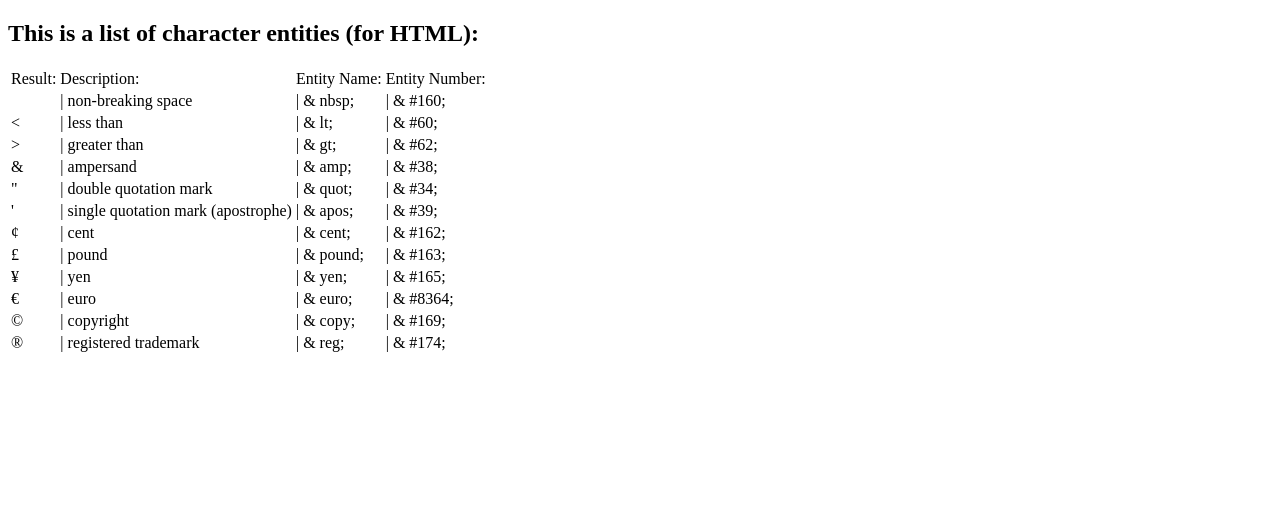
Repository: linas-dev/HTML-CSS-Projects
Page: Basic_HTML_and_CSS/Basic_HTML_5.html
These files come from the project's save history. The page is drawn as it stood at one moment and after the next save; the edit follows.
The browser window is 1280 px wide. The pictures show the whole page.

Above is the page before, as saved 2021-05-30 11:11:52.

After the next save:
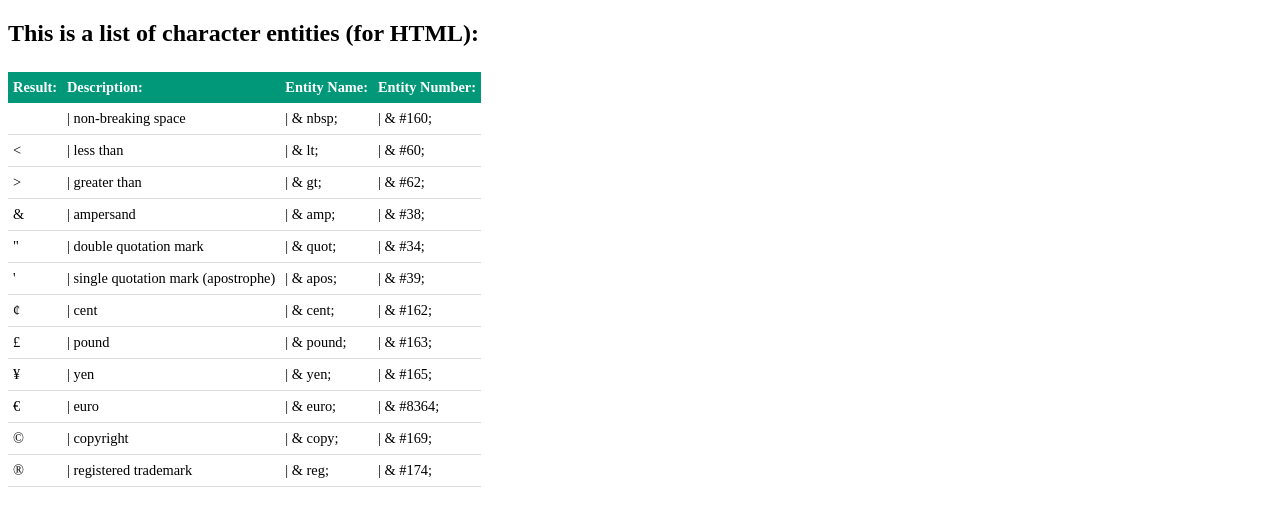
Saved 27 s later.
--- a/Basic_HTML_and_CSS/Basic_HTML_5.html
+++ b/Basic_HTML_and_CSS/Basic_HTML_5.html
@@ -11,7 +11,7 @@
 
     <h2>This is a list of character entities (for HTML):</h2>
 
-    <table>
+    <table class="table">
         <thead>
             <td>Result:</td>
             <td>Description: </td>
